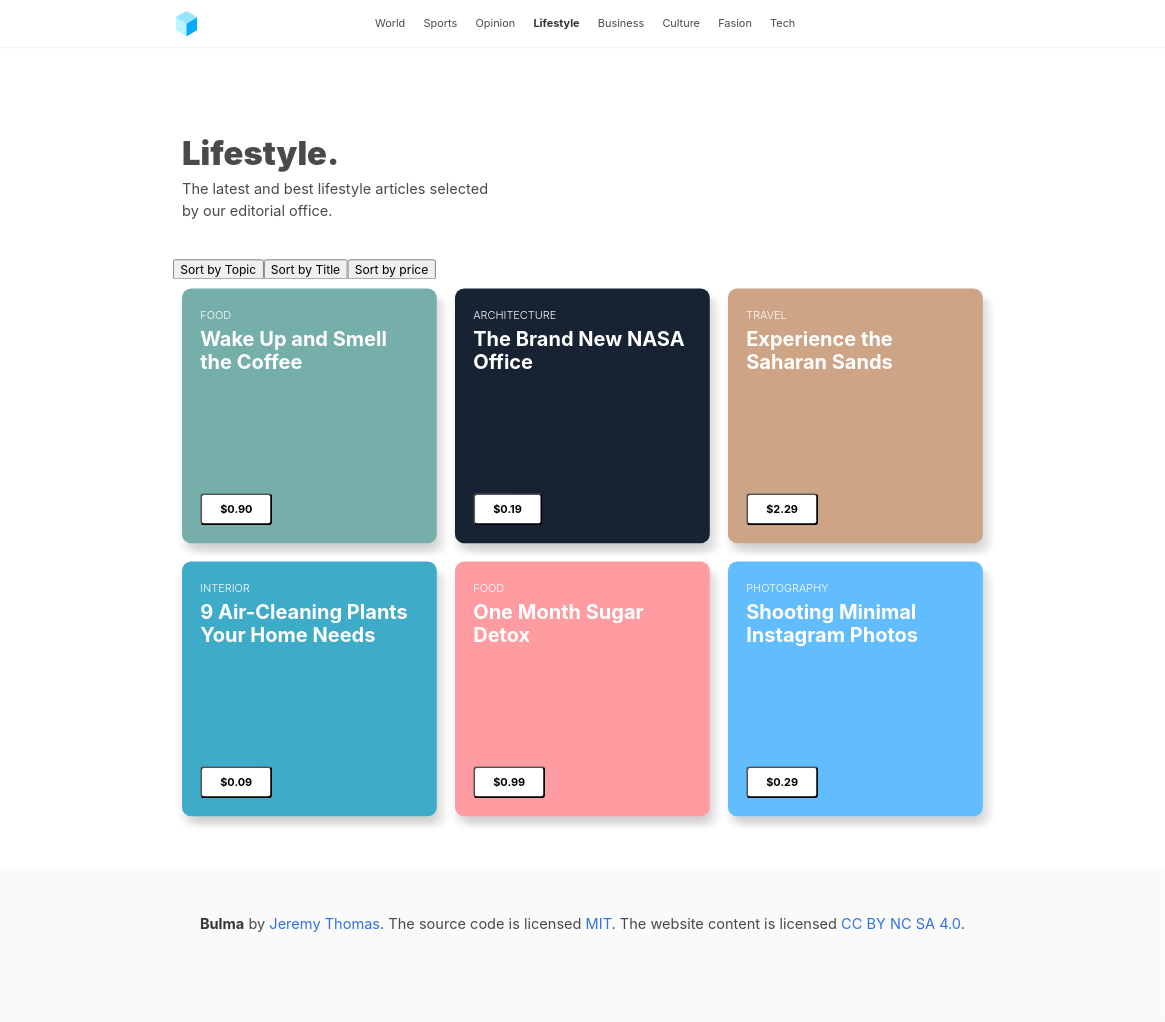
Repository: DOODpls/js_ass1
Page: index.html
These files come from the project's save history. The page is drawn as it stood at one moment and after the next save; the edit follows.
The browser window is 1280 px wide. The pictures show the whole page, at 91% of full size.

Above is the page before, as saved 2019-11-22 19:33:13.

### index.html
<!DOCTYPE html>
<html>
<head>
    <title></title>
    <link rel="stylesheet" href="https://cdnjs.cloudflare.com/ajax/libs/bulma/0.7.5/css/bulma.min.css" integrity="sha256-vK3UTo/8wHbaUn+dTQD0X6dzidqc5l7gczvH+Bnowwk=" crossorigin="anonymous" />
    <link rel="stylesheet" type="text/css" href="./styles.css">
</head>
<body>

    <nav class="navbar">
        <div class="container">
            <div class="logo"></div>
            <ul>
                <li>World</li>
                <li>Sports</li>
                <li>Opinion</li>
                <li><strong>Lifestyle</strong></li>
                <li>Business</li>
                <li>Culture</li>
                <li>Fasion</li>
                <li>Tech</li>
            </ul>
            <span class="icon">
              <i class="ion-ionic" style='color: black; background: black;'></i>
            </span>
        </div>
    </nav>

    <section class="section">
        <div class="container">
            <div style='margin: 40px 10px 40px'>
                <h1>Lifestyle.</h1>
                <p>The latest and best lifestyle articles selected<br/>
                    by our editorial office.
                </p>
            </div>
        </div>
        <div class="container">
            <div class='card-row' id='content'></div>
        </div>
    </section>

    <footer class="footer">
        <div class="content has-text-centered">
            <p>
                <strong>Bulma</strong> by <a href="https://jgthms.com">Jeremy Thomas</a>. The source code is licensed
                <a href="http://opensource.org/licenses/mit-license.php">MIT</a>. The website content
                is licensed <a href="http://creativecommons.org/licenses/by-nc-sa/4.0/">CC BY NC SA 4.0</a>.
            </p>
        </div>
    </footer>

    <script type="text/javascript" src='./app.js'></script>
</body>
</html>

### styles.css
/* - - - - - - - - - - - - - - - - - - - - - - - - - - - - - -
GENERAL
- - - - - - - - - - - - - - - - - - - - - - - - - - - - - - */
h1 {
    font-size: 36px;
    font-weight: 900;
}

.container {
    max-width: 900px;
}

/* - - - - - - - - - - - - - - - - - - - - - - - - - - - - - -
NAV
- - - - - - - - - - - - - - - - - - - - - - - - - - - - - - */
nav {
    border-bottom: 1px solid #ededed;
}

.navbar > .container {
    display: flex;
    align-items: center;
    justify-content: space-between;
}

nav .container ul {
    display: flex;
}

nav .container ul li {
    margin: 0 10px;
    font-size: 12px;
}

.logo {
    background: url('./img/logo.svg');
    background-size: 24px;
    background-position: center;
    background-repeat: no-repeat;

    height: 30px;
    width: 30px;
}

@media (max-width: 600px) {
    nav .container {
        padding: 0 30px;
    }

    nav .container ul {
        display: none;
    }
}

/* TILES */
.card-row {
    display: flex;
    flex-wrap: wrap;
}

.card {
    height: 280px;
    border-radius: 10px;
    background: rgba(23, 35, 50, 1);
    flex: 1 230px;
    margin: 10px;
    padding: 20px;
    position: relative;
    box-shadow: 2px 8px 9px 0px rgba(0, 0, 0, 0.14),
        11px 11px 6px rgba(0, 0, 0, 0.05);
}

.card .buy-button {
    position: absolute;
    bottom: 20px;
    left: 20px;
    background: white;
    color: black;
    border-radius: 4px;
    padding: 8px 20px;
    font-size: 12px;
    font-weight: 700;
}

.card .topic {
    color: white;
    font-weight: 300;
    font-size: 12px;
    text-transform: uppercase;
    margin-bottom: 5px;
}
.card .title {
    color: white;
    font-weight: 700;
    font-size: 22px;
}

### app.js
const green = 'rgba(118,174, 170, 1)'
const black = 'rgba(23,35, 50, 1)'
const brown = 'rgba(205,164, 133, 1)'
const greenblue = 'rgba(62,171, 201, 1)'
const pink = 'rgba(254,156, 161, 1)'
const blue = 'rgba(98,189, 254, 1)'

const data = [
    {
        topic: 'Food',
        title: 'Wake Up and Smell the Coffee',
        price: '$0.90',
        color: green
    },
    {
        topic: 'Architecture',
        title: 'The Brand New NASA Office',
        price: '$0.19',
        color: black
    },
    {
        topic: 'Travel',
        title: 'Experience the Saharan Sands',
        price: '$2.29',
        color: brown
    },
    {
        topic: 'Interior',
        title: '9 Air-Cleaning Plants Your Home Needs',
        price: '$0.09',
        color: greenblue
    },
    {
        topic: 'Food',
        title: 'One Month Sugar Detox',
        price: '$0.99',
        color: pink
    },
    {
        topic: 'Photography',
        title: 'Shooting Minimal Instagram Photos',
        price: '$0.29',
        color: blue
    }
]

// Instructions
// Take the data above and display it as tiles on the page


    // for(i=0; i<data.length; i++){
    //     let heig
    //     if(i % 2 == 0){
    //         heig = '500px'
    //     }

    //     const tilers = document.querySelector('#content')
    //     const divr = document.createElement('div')
    //     divr.className= 'card'
    //     divr.style.backgroundColor = data[i].color
    //     divr.style.flex = heig
    //     divr.id = 'divtile'+ i
    //     tilers.appendChild(divr)

    //     const p1 = document.querySelector('#divtile'+i)
    //     const pr1 = document.createElement('p')
    //     pr1.textContent = data[i].topic
    //     pr1.className= 'topic'
    //     p1.appendChild(pr1)

    //     const p2 = document.querySelector('#divtile'+i)
    //     const pr2 = document.createElement('p')
    //     pr2.textContent = data[i].title
    //     pr2.className= 'title'
    //     p2.appendChild(pr2)

    //     const btn1 = document.querySelector('#divtile'+i)
    //     const btr2 = document.createElement('button')
    //     btr2.textContent = data[i].price
    //     btr2.className= 'buy-button'
    //     btn1.appendChild(btr2)
    // }
    const tilers = document.querySelector('#content')
    function looop(){
      data.forEach(function(item)
    {
        const divr = document.createElement('div')
        divr.className = 'card'
        divr.style.backgroundColor = item.color
        tilers.appendChild(divr)

        const pr1 = document.createElement('p')
        pr1.textContent = item.topic
        pr1.className= 'topic'
        divr.appendChild(pr1)

        const pr2 = document.createElement('p')
        pr2.textContent = item.title
        pr2.className= 'title'
        divr.appendChild(pr2)

        const btr2 = document.createElement('button')
        btr2.textContent = item.price
        btr2.className= 'buy-button'
        divr.appendChild(btr2)
    })
    }
    looop();

    // tried to do sort, but i suck
    const container = document.querySelector('body section .container')
    const btn1 = document.createElement('button')
    btn1.className= 'topic'
    btn1.id = "butt1"
    btn1.innerText = "Sort by Topic"
    const btn2 = document.createElement('button')
    btn2.className= 'bytitle'
    btn2.id = "butt2"
    btn2.innerText = "Sort by Title"
    const btn3 = document.createElement('button')
    btn3.className= 'price'
    btn3.id = "butt3"
    btn3.innerText = "Sort by price"
    container.append(btn1, btn2, btn3)

    function sort1(){
        data.sort((a, b) => (a.topic > b.topic) ? 1 : -1)
    }
    function sort2(){
      data.sort((a, b) => (a.title > b.title) ? 1 : -1)
    }
    function sort3(){
      data.sort((a, b) => (a.price > b.price) ? 1 : -1)
    }

    btn1.addEventListener('click', function(event) {
        sort1();
        tilers.innerHTML = "";
        looop();
    })
    btn2.addEventListener('click', function(event) {
      sort2();
      tilers.innerHTML = "";
      looop();
    })
    btn3.addEventListener('click', function(event) {
      sort3();
      tilers.innerHTML = "";
      looop();
    })
    //this one also works lolllll
    // data.forEach(function(items)
    // {
    // //   document.getElementById('content').innerHTML += '<div class="card" style="background-color:'+items.color+'"><p class="topic">'+items.topic+'</p><p class="title">'+items.title+'</p><button class="buy-button">'+items.price+'</button></div>';
    // })

After the next save:
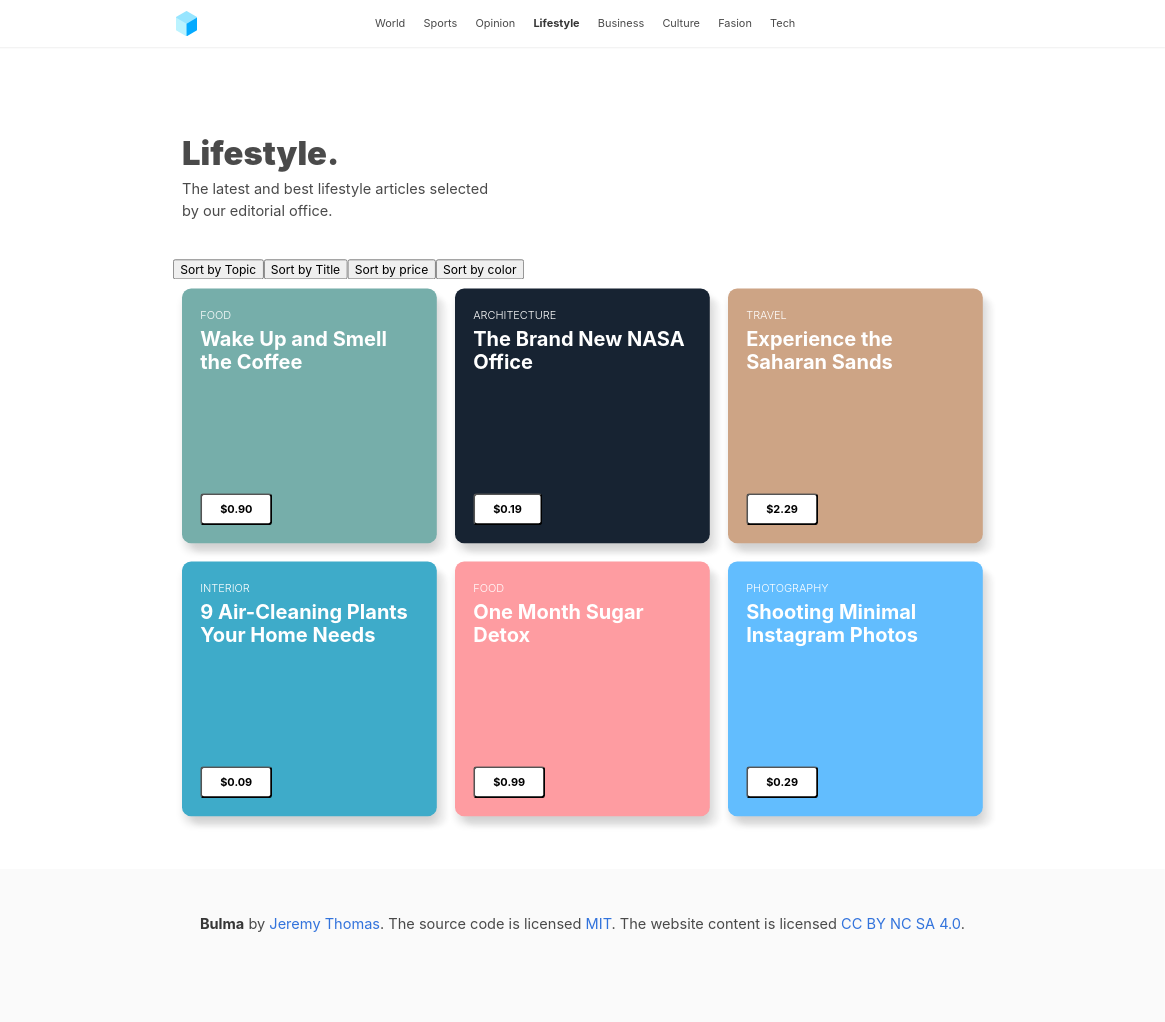
Saved 60 s later.
--- a/app.js
+++ b/app.js
@@ -121,7 +121,11 @@ const data = [
     btn3.className= 'price'
     btn3.id = "butt3"
     btn3.innerText = "Sort by price"
-    container.append(btn1, btn2, btn3)
+    const btn4 = document.createElement('button')
+    btn4.className= 'price'
+    btn4.id = "butt4"
+    btn4.innerText = "Sort by color"
+    container.append(btn1, btn2, btn3, btn4)
 
     function sort1(){
         data.sort((a, b) => (a.topic > b.topic) ? 1 : -1)
